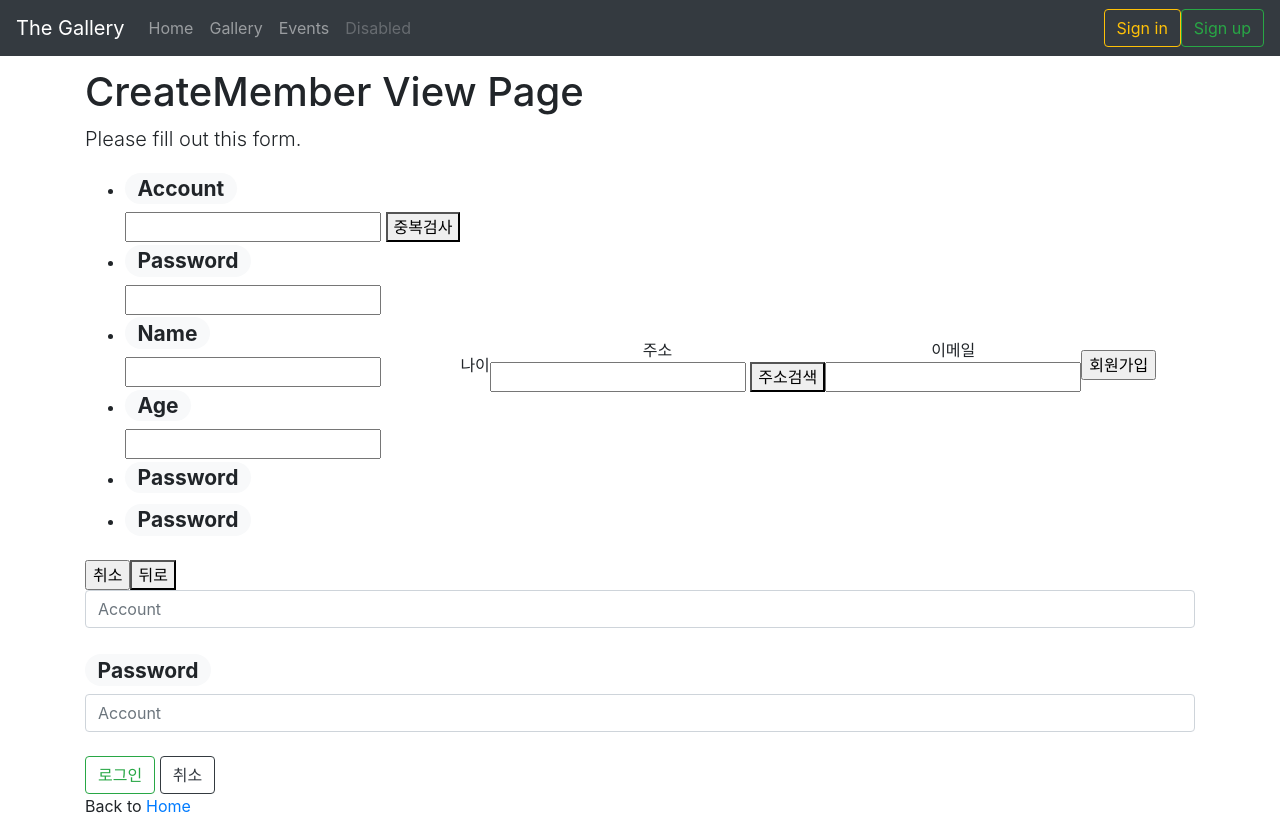
Repository: caramelsyrup/SpringProject1
Page: http://localhost/gallery/WEB-INF/views/member/createMember.jsp
The author's editor kept a copy of each file at every save. The page is drawn from the files as they stood at one save, then again after the next save.
The browser window is 1280 px wide. The pictures show the whole page.
The page is served by Tomcat 9. Nobody is signed in. Other server files are loaded and not shown. The template is opened directly, without the code that normally fills it, so the values that code supplies are empty.

Above is the page before, as saved 2020-11-17 03:46:47.

### gallery/src/main/webapp/WEB-INF/views/member/createMember.jsp
<%@ page language="java" contentType="text/html; charset=UTF-8" pageEncoding="UTF-8"%>
<%@ include file="/resources/includes/header.jsp" %>
<!DOCTYPE html>
<html>
<head>
<meta charset="UTF-8">
<title>createMember Page</title>
</head>
<main role="main" class="flex-shrink-1" style="margin-top: 20px">
  <div class="container">
    <h1 class="mt-5">CreateMember View Page</h1>
    <p class="lead">Please fill out this form.</p>
    <form  class="form-inline mt-2 mt-md-0" action="/member/createMember" method="post" id="createForm">
		<ul>
			<li>
				<h3><span class="badge badge-pill badge-light">Account</span></h3>
				<!-- 회원 아이디, 시큐리티 떄문에 username으로 정함 -->
				<input type="text" name="username" id="username"/>
				<button type="button" id="btnIDchk">중복검사</button>
			</li>
			<li>
				<h3><span class="badge badge-pill badge-light">Password</span></h3>
				<!-- 회원 비밀번호 -->
				<input type="password" name="password" id="password"/>
			</li>
			<li>
				<h3><span class="badge badge-pill badge-light">Name</span></h3>
				<!-- 회원 이름 -->
				<input type="text" name="membername" id="membername"/>
			</li>
			<li>
				<h3><span class="badge badge-pill badge-light">Age</span></h3>
				<!-- 회원 나이 -->
				<input type="text" name="age" id="age"/>
			</li>
			<li>
				<h3><span class="badge badge-pill badge-light">Password</span></h3>
			</li>
			<li>
				<h3><span class="badge badge-pill badge-light">Password</span></h3>
			</li>
		</ul>
		<div>
			<label>나이</label>

		</div>
		<div>
			<label>주소</label>
			<!-- 회원 주소 -->
			<input type="text" name="address" id="address"/>
			<button type="button" id="btnAddr">주소검색</button>
		</div>
		<div>
			<label>이메일</label>
			<!-- 회원 이메일주소 -->
			<input type="email" name="email" id="email"/>
		</div>
		<input type="button" id="btndoCreate" value="회원가입">
		<input type="reset" value="취소">
			<button type="button" onclick="history.back()">뒤로</button>
	</form>

        	<input class="form-control mr-sm-2" type="text" placeholder="Account" aria-label="Search" name="username" id="username"><br>
	    <h3><span class="badge badge-pill badge-light">Password</span></h3>
	    	<input class="form-control mr-sm-2" type="text" placeholder="Account" aria-label="Search" name="username" id="username"><br>
        <input class="btn btn-outline-success my-2 my-sm-0" type="button" id="btnLogin" value="로그인">
        <input class="btn btn-outline-dark my-2 my-sm-0" type="reset" value="취소">
   <p>Back to <a href="/">Home</a></p>
  </div>
  	<script src="/resources/js/member.js"></script>
</main>


</body>
</html>

### gallery/src/main/webapp/resources/includes/header.jsp
<%@ taglib prefix="c" uri="http://java.sun.com/jsp/jstl/core" %>
<!DOCTYPE html>
<html>
<head>
<meta charset="UTF-8">
    <meta charset="utf-8">
    <meta name="viewport" content="width=device-width, initial-scale=1, shrink-to-fit=no">
    <meta name="description" content="">
    <meta name="author" content="Mark Otto, Jacob Thornton, and Bootstrap contributors">
    <meta name="generator" content="Jekyll v4.1.1">
<script src="https://code.jquery.com/jquery-3.5.1.js" integrity="sha256-QWo7LDvxbWT2tbbQ97B53yJnYU3WhH/C8ycbRAkjPDc=" crossorigin="anonymous"></script>
<!-- Latest compiled and minified CSS -->
<link rel="stylesheet" href="https://stackpath.bootstrapcdn.com/bootstrap/4.5.2/css/bootstrap.min.css">
<!-- Latest compiled JavaScript -->
<script src="https://stackpath.bootstrapcdn.com/bootstrap/4.5.2/js/bootstrap.min.js"></script>
</head>
<!-- 최상단 -->
<body class="d-flex flex-column h-100">
    <header>
  <!-- Fixed navbar -->
  <nav class="navbar navbar-expand-md navbar-dark fixed-top bg-dark">
    <a class="navbar-brand" href="#">The Gallery</a>
    <button class="navbar-toggler" type="button" data-toggle="collapse" data-target="#navbarCollapse" aria-controls="navbarCollapse" aria-expanded="false" aria-label="Toggle navigation">
      <span class="navbar-toggler-icon"></span>
    </button>
    <div class="collapse navbar-collapse" id="navbarCollapse">
      <ul class="navbar-nav mr-auto">
        <li class="nav-item">
          <a class="nav-link" href="#">Home <!-- <span class="sr-only">(current)</span> --> </a>
        </li>
        <li class="nav-item">
          <a class="nav-link" href="#">Gallery</a>
        </li>
        <li class="nav-item">
          <a class="nav-link" href="#">Events</a>
        </li>
        <li class="nav-item">
	        <c:if test="${member.auth==0}">
	          <a class="nav-link" href="#">Info</a>
	        </c:if>
        </li>
        <li class="nav-item">
          <a class="nav-link disabled" href="#" tabindex="-1" aria-disabled="true">Disabled</a>
        </li>
      </ul>
       <c:choose>
       	<c:when test="${empty member.username}">
       		<a class="btn btn-outline-warning my-2 my-sm-0" href="/member/createMember">Sign in</a>
      		<a class="btn btn-outline-success my-2 my-sm-0" href="/customLogin">Sign up</a>
      	</c:when>
      	<c:otherwise>
        	<a class="btn btn-outline-success my-2 my-sm-0" href="/customLogout">Logout</a>
        </c:otherwise>
        </c:choose>
    </div>
  </nav>
</header>

Loaded but not shown: gallery/src/main/webapp/resources/js/member.js (no copy from this time; the picture is the same without it)

After the next save:
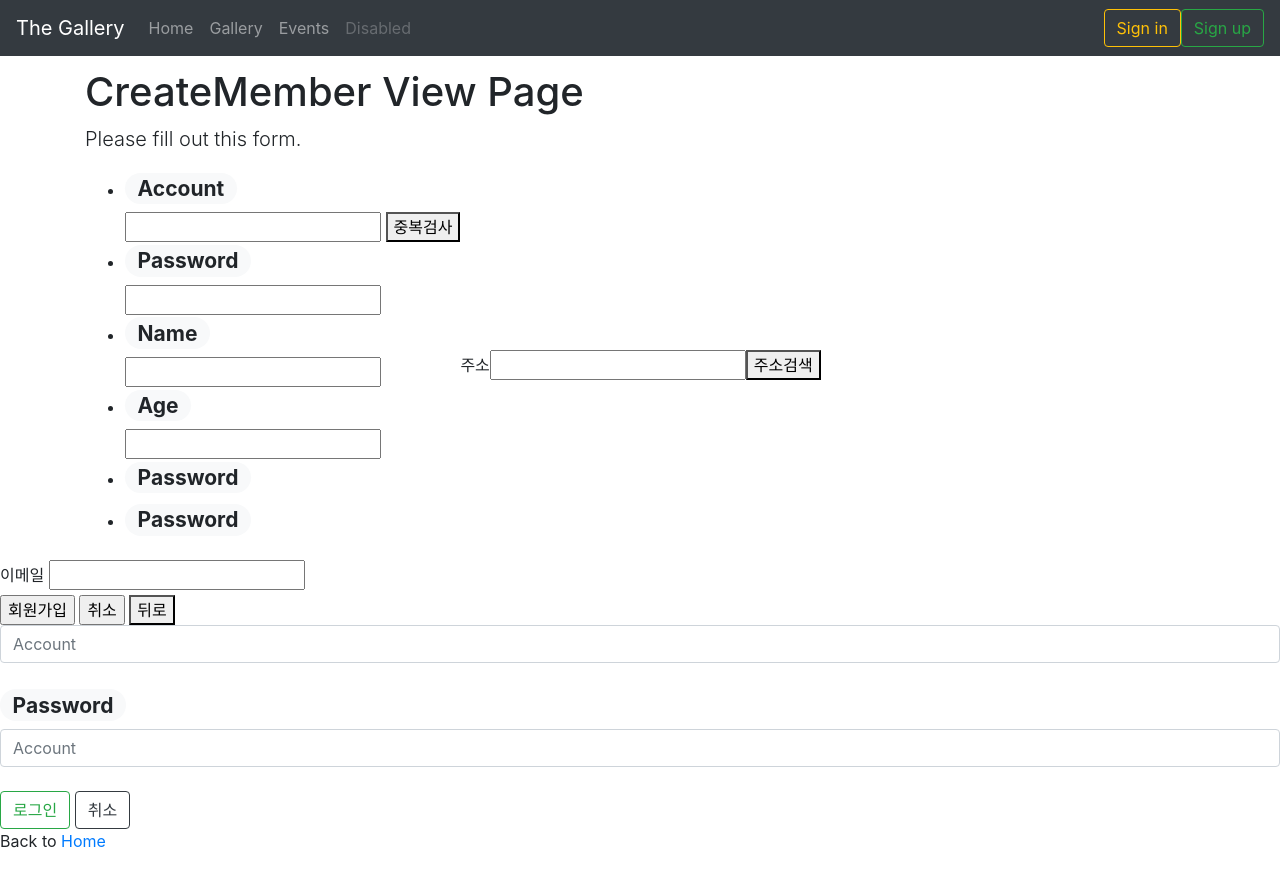
Saved 15 s later.
--- a/gallery/src/main/webapp/WEB-INF/views/member/createMember.jsp
+++ b/gallery/src/main/webapp/WEB-INF/views/member/createMember.jsp
@@ -40,11 +40,7 @@
 				<h3><span class="badge badge-pill badge-light">Password</span></h3>
 			</li>
 		</ul>
-		<div>
-			<label>나이</label>
 
-		</div>
-		<div>
 			<label>주소</label>
 			<!-- 회원 주소 -->
 			<input type="text" name="address" id="address"/>
